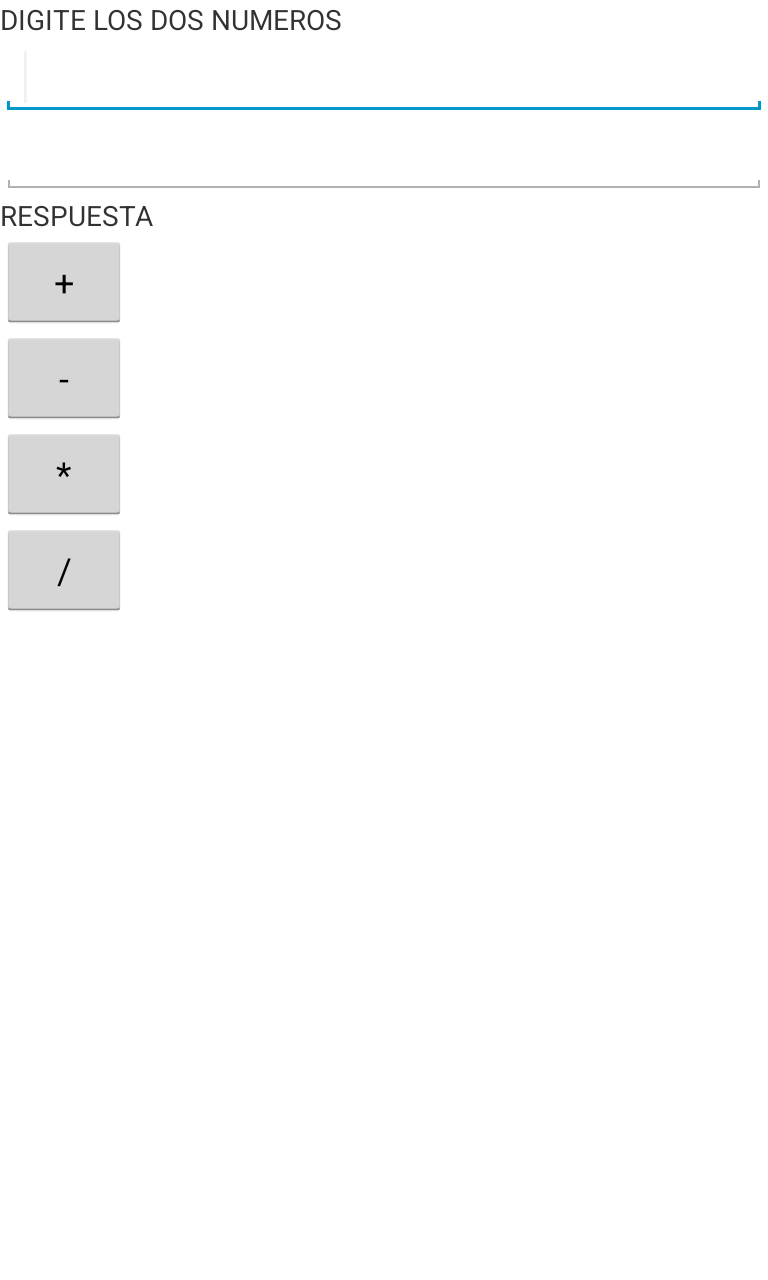
Repository: betini/Javaprojects
Layout: calculadora/res/layout/activity_main.xml
These files come from the project's save history. The layout is drawn as it stood at one moment and after the next save; the edit follows.
It is drawn on a 768 x 1280 px phone screen (xhdpi) without system bars, with theme AppTheme; the app's code is not run.

Above is the layout before, as saved 2013-08-22 23:14:38.

After the next save:
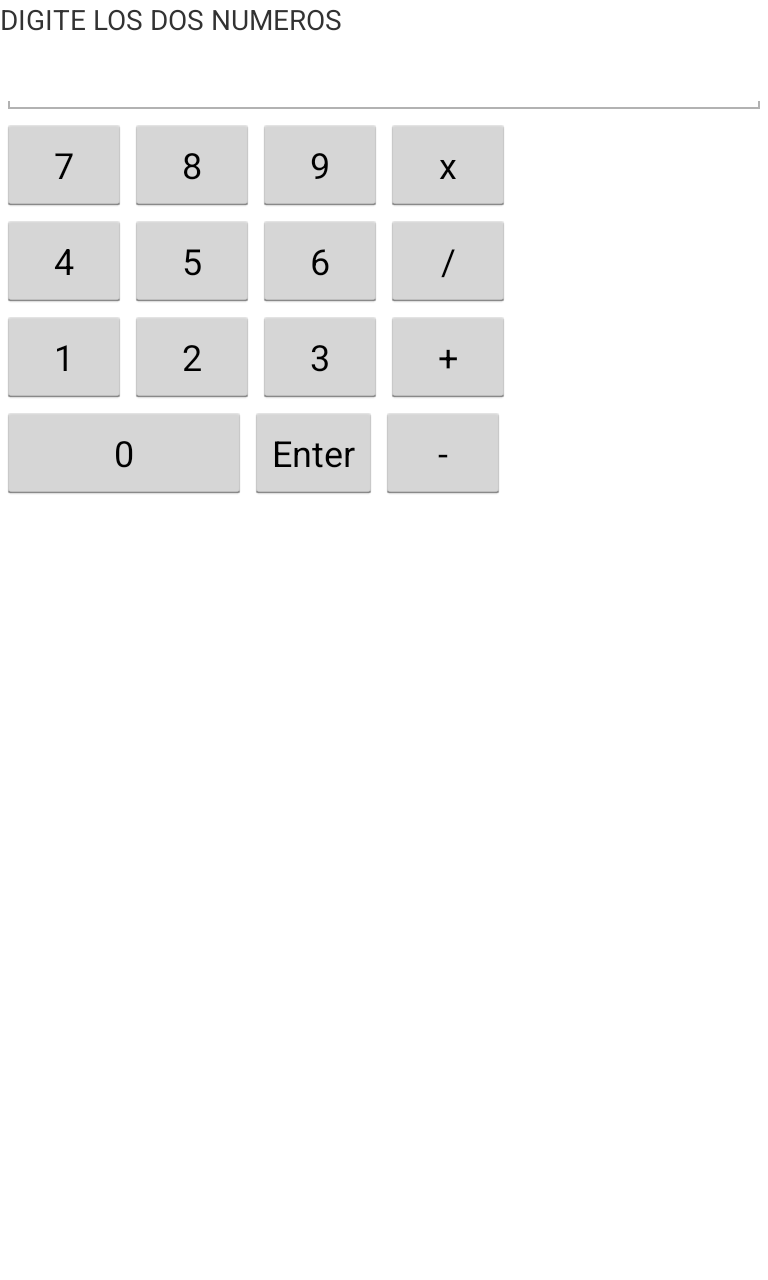
Saved 44 min 28 s later.
--- a/calculadora/res/layout/activity_main.xml
+++ b/calculadora/res/layout/activity_main.xml
@@ -15,42 +15,117 @@
         android:layout_width="match_parent"
         android:layout_height="wrap_content" >
 
-        <requestFocus />
+
     </EditText>
 
-    <EditText
-        android:id="@+id/dato2"
-        android:layout_width="match_parent"
-        android:layout_height="wrap_content" />
 
-    <TextView
-        android:id="@+id/resultado"
+    <LinearLayout
+    android:layout_width="wrap_content"
+    android:layout_height="wrap_content"
+    android:orientation="horizontal">
+    <Button
         android:layout_width="wrap_content"
         android:layout_height="wrap_content"
-        android:text="RESPUESTA" />
+        android:onClick="uno"
+        android:text="7" />
+
+    <Button
+        android:layout_width="wrap_content"
+        android:layout_height="wrap_content"
+        android:onClick="multiplica"
+        android:text="8" />
+
+    <Button
+        android:layout_width="wrap_content"
+        android:layout_height="wrap_content"
+        android:onClick="divide"
+        android:text="9" />
+
+    <Button
+        android:layout_width="wrap_content"
+        android:layout_height="wrap_content"
+        android:onClick="suma"
+        android:text="x" />
+    </LinearLayout>
+
+        <LinearLayout
+    android:layout_width="wrap_content"
+    android:layout_height="wrap_content"
+    android:orientation="horizontal">
+    <Button
+        android:layout_width="wrap_content"
+        android:layout_height="wrap_content"
+        android:onClick="uno"
+        android:text="4" />
+
+    <Button
+        android:layout_width="wrap_content"
+        android:layout_height="wrap_content"
+        android:onClick="multiplica"
+        android:text="5" />
+
+    <Button
+        android:layout_width="wrap_content"
+        android:layout_height="wrap_content"
+        android:onClick="divide"
+        android:text="6" />
+
+    <Button
+        android:layout_width="wrap_content"
+        android:layout_height="wrap_content"
+        android:onClick="suma"
+        android:text="/" />
+    </LinearLayout>
+
+     <LinearLayout
+    android:layout_width="wrap_content"
+    android:layout_height="wrap_content"
+    android:orientation="horizontal">
+    <Button
+        android:layout_width="wrap_content"
+        android:layout_height="wrap_content"
+        android:onClick="uno"
+        android:text="1" />
+
+    <Button
+        android:layout_width="wrap_content"
+        android:layout_height="wrap_content"
+        android:onClick="multiplica"
+        android:text="2" />
+
+    <Button
+        android:layout_width="wrap_content"
+        android:layout_height="wrap_content"
+        android:onClick="divide"
+        android:text="3" />
 
     <Button
         android:layout_width="wrap_content"
         android:layout_height="wrap_content"
         android:onClick="suma"
         android:text="+" />
+    </LinearLayout>
+    <LinearLayout
+    android:layout_width="wrap_content"
+    android:layout_height="wrap_content"
+    android:orientation="horizontal">
 
     <Button
-        android:layout_width="wrap_content"
+        android:layout_width="124dp"
         android:layout_height="wrap_content"
-        android:onClick="resta"
-        android:text="-" />
+        android:onClick="uno"
+        android:text="0" />
 
     <Button
         android:layout_width="wrap_content"
         android:layout_height="wrap_content"
         android:onClick="multiplica"
-        android:text="*" />
+        android:text="Enter" />
 
     <Button
         android:layout_width="wrap_content"
         android:layout_height="wrap_content"
         android:onClick="divide"
-        android:text="/" />
+        android:text="-" />
 
 </LinearLayout>
